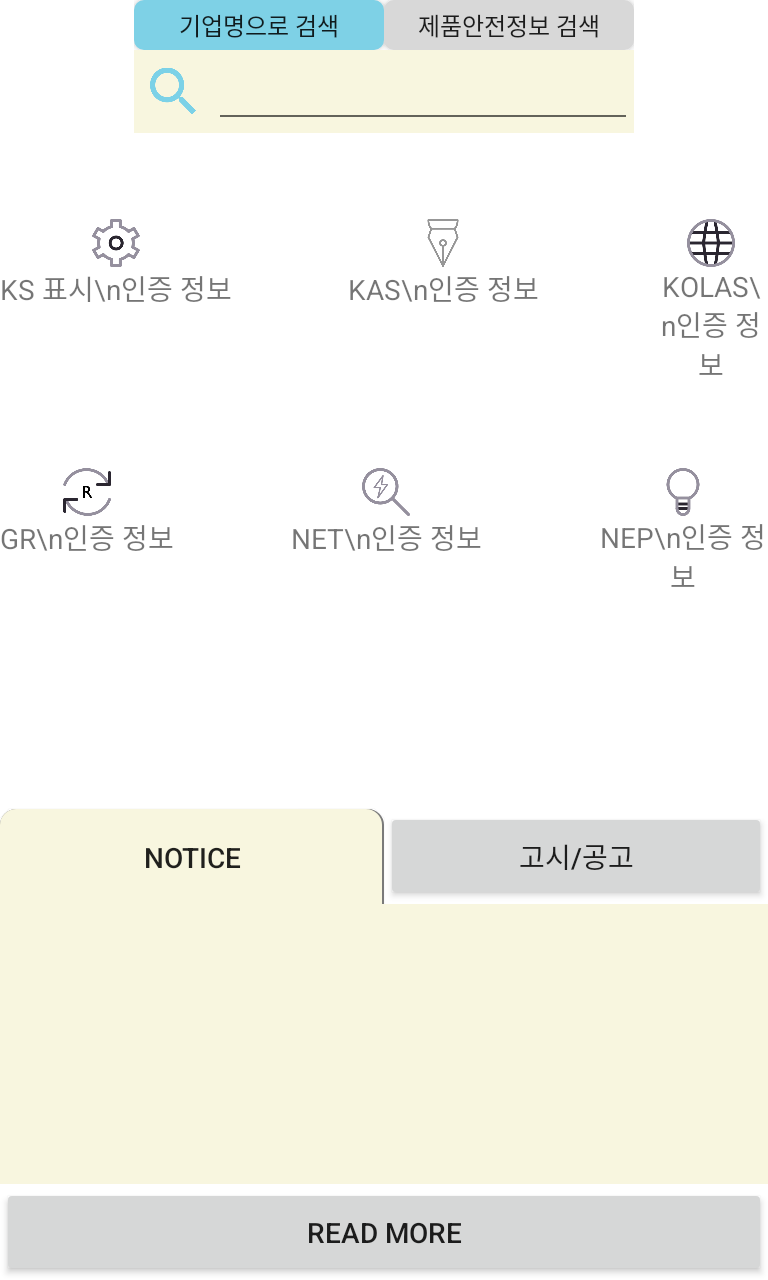
Repository: team-peony/ccfinder
Layout: android/CertifiedCompanyFinder/res/layout/fragment_main.xml
The author's editor kept a copy of each file at every save. The layout is drawn from the files as they stood at one save, then again after the next save.
It is drawn on a 768 x 1280 px phone screen (xhdpi) without system bars, with theme AppTheme; the app's code is not run. Lists and similar views that code fills are empty.

Above is the layout before, as saved 2015-02-19 17:37:47.

After the next save:
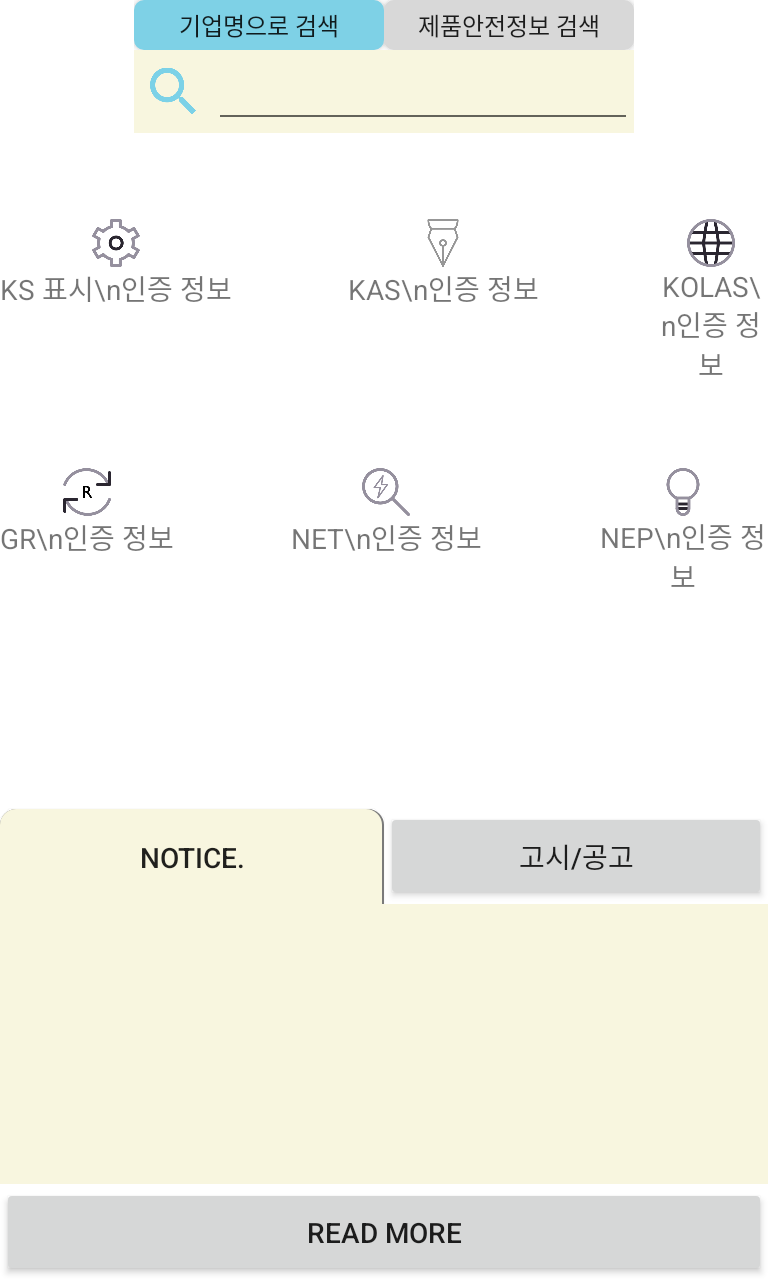
Saved 33 s later.
--- a/android/CertifiedCompanyFinder/res/layout/fragment_main.xml
+++ b/android/CertifiedCompanyFinder/res/layout/fragment_main.xml
@@ -229,7 +229,7 @@
 	            android:layout_height="wrap_content"
 	            android:layout_weight="1"
 	            android:background="@drawable/notice_tab_selected"
-	            android:text="NOTICE"/>
+	            android:text="NOTICE."/>
 
 	        <Button
 	            android:id="@+id/main_btnTabGosi"
